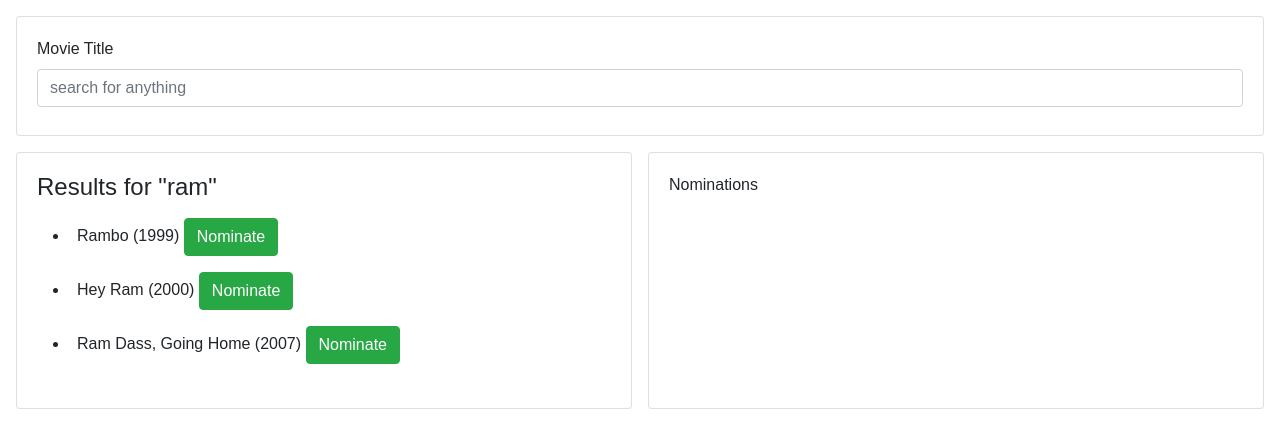
Repository: akinsikuoluwafemi/shoppies-movie-collection
Page: /
An editor plug-in stored every save of this project. The page is shown before and after the next save, followed by the edit.
The browser window is 1280 px wide. The pictures show the whole page.
The project was rebuilt for these pictures with package versions that can differ from the ones it lists, and the page was loaded fresh each time. Also part of the build but not shown: src/App.css.

Above is the page before, as saved 2021-01-10 09:15:37.

After the next save:
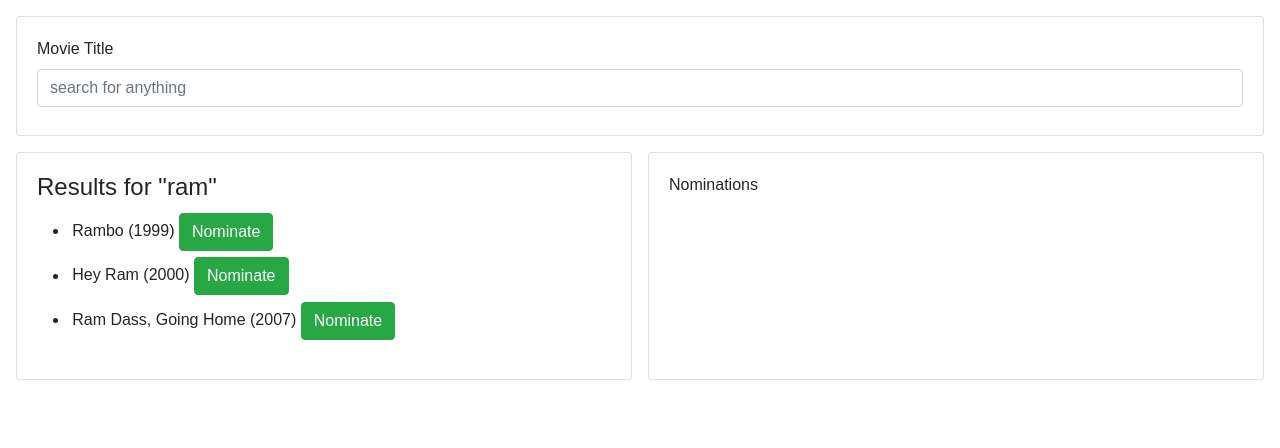
Saved 34 s later.
--- a/src/Pages/Home.css
+++ b/src/Pages/Home.css
@@ -19,5 +19,5 @@
 
 .list > li {
     margin-left: 2rem!important;
-    padding: .5rem;
+    padding: .2rem;
 }
